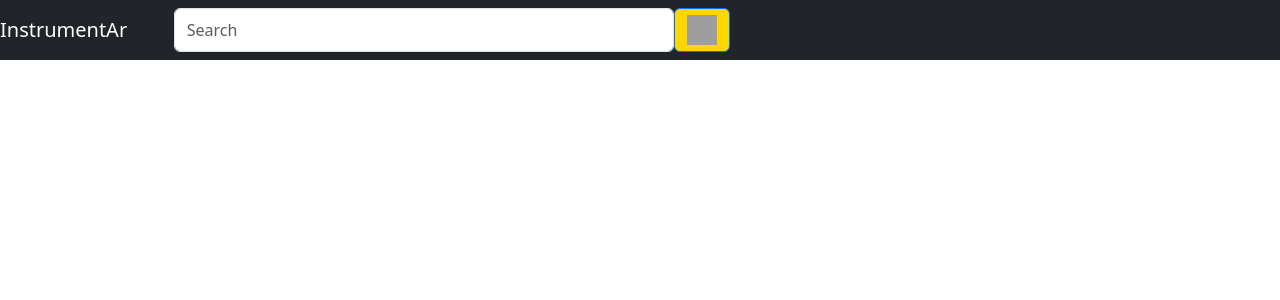
Repository: Meinuel/InstrumentAr
Page: /
An editor plug-in stored every save of this project. The page is shown before and after the next save, followed by the edit.
The browser window is 1280 px wide. The pictures show the whole page.
Pictures or frames that could not be fetched are drawn as grey boxes. The project was rebuilt for these pictures with package versions that can differ from the ones it lists, and the page was loaded fresh each time.

Above is the page before, as saved 2021-09-13 21:15:59.

After the next save:
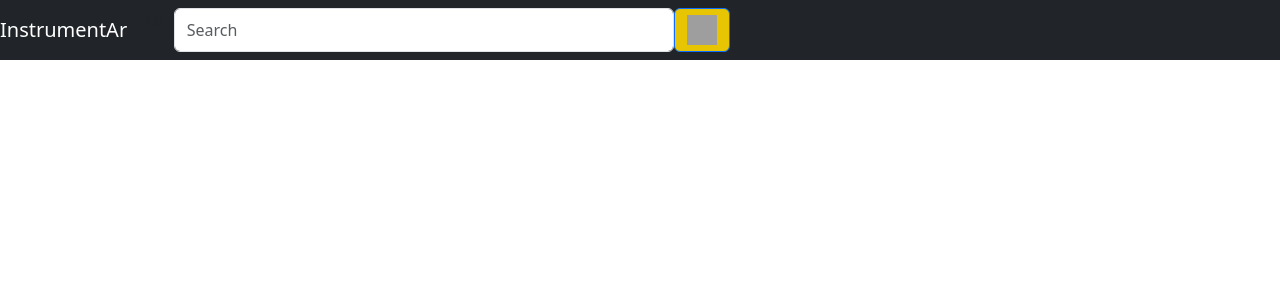
Saved 9 s later.
--- a/src/components/NavBar/NavBar.css
+++ b/src/components/NavBar/NavBar.css
@@ -8,7 +8,7 @@
 }
 
 .btn-lupa {
-    background-color: gold;
+    background-color: rgb(231, 197, 3);
 }
 
 .btn-lupa:hover {
